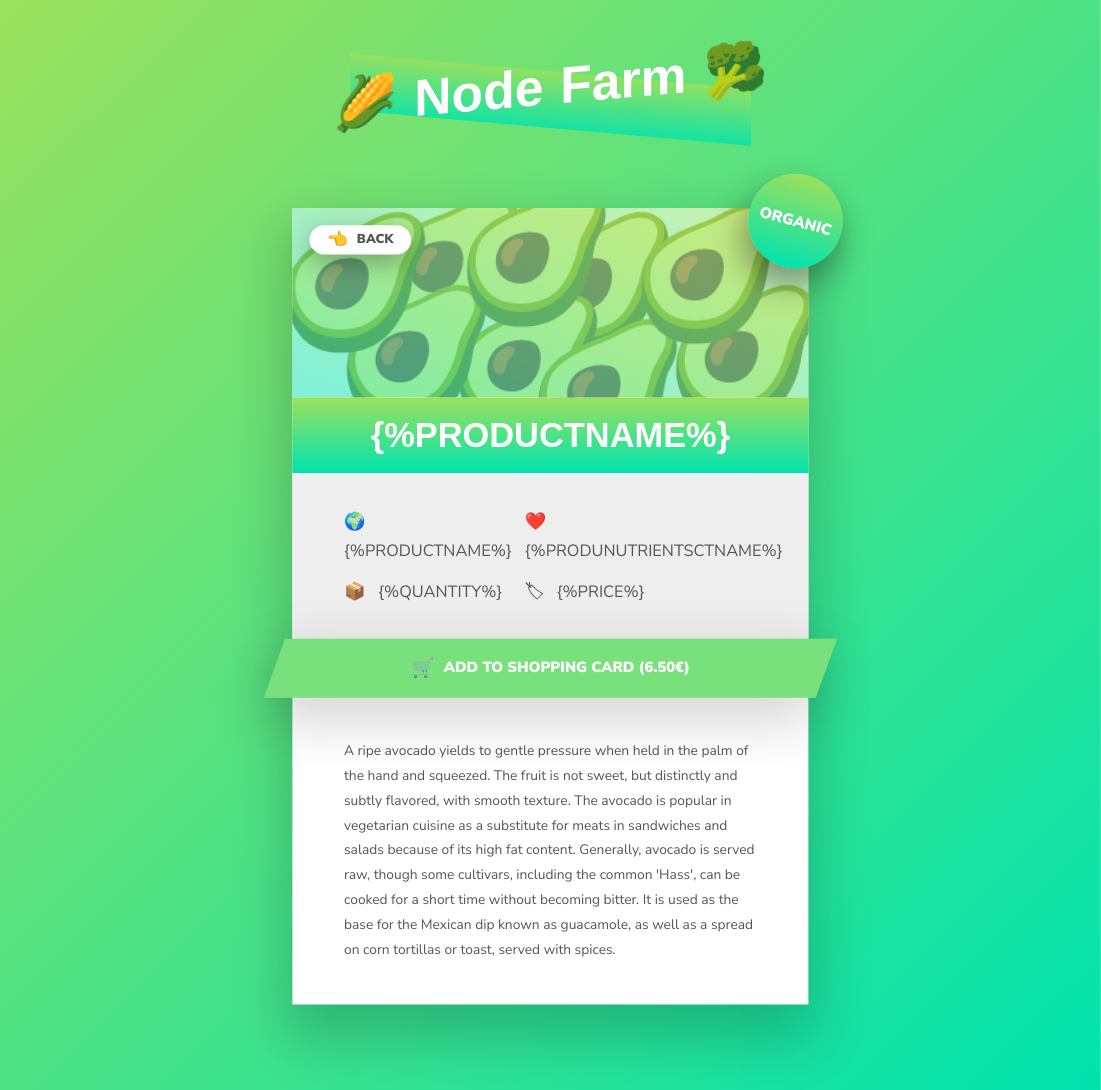
Repository: Kaii-Dev/NODEJS-by-JONAS
Page: 1-node-farm/starter/templates/product.html
These files come from the project's save history. The page is drawn as it stood at one moment and after a run of saves; the edit follows.
The browser window is 1280 px wide. The pictures show the whole page, at 86% of full size.
Some web fonts or font styles are not loaded; a fallback is used.

Above is the page before, as saved 2022-08-03 13:47:46.

After the next 2 saves:
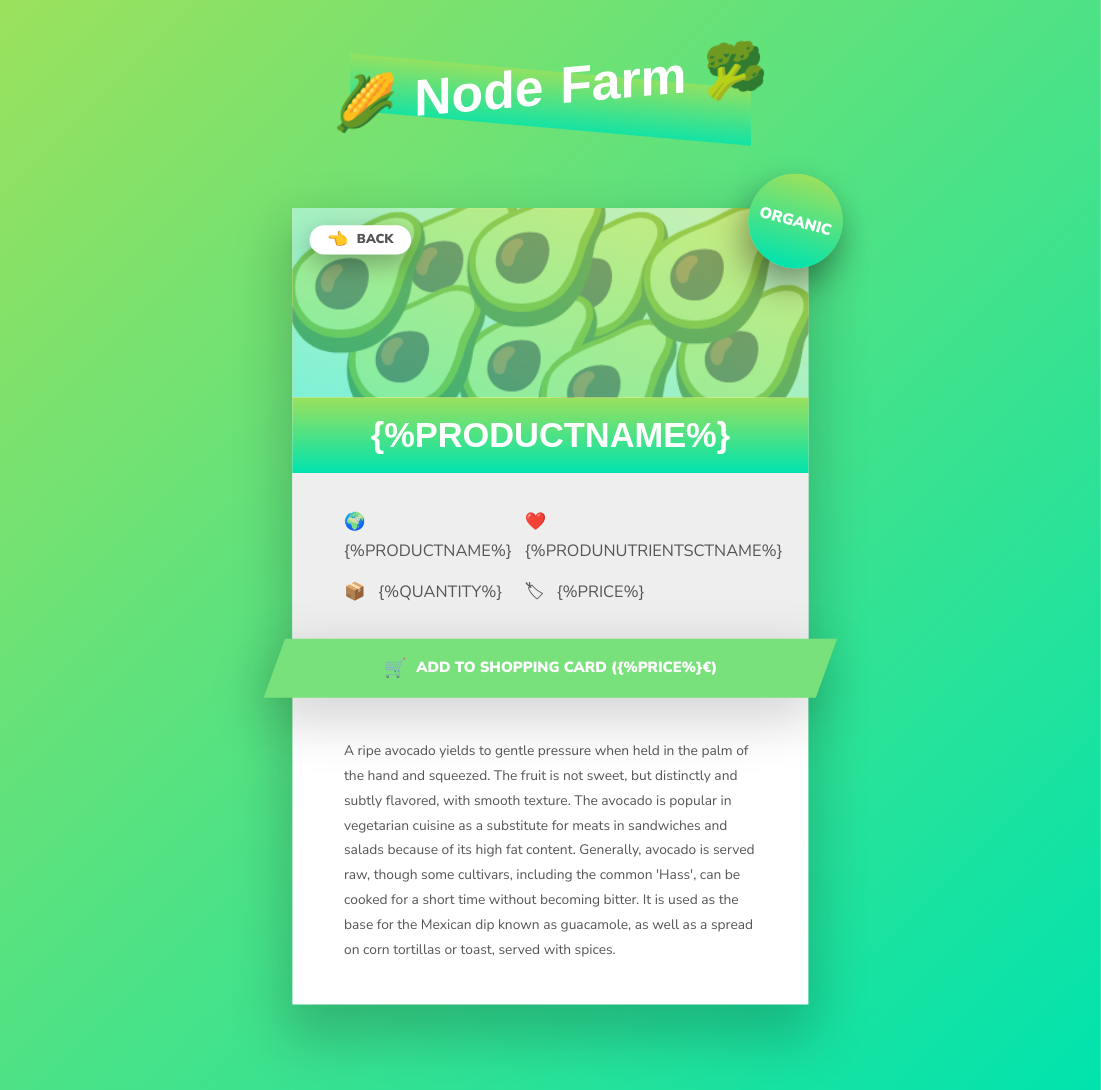
The 2 saves are shown as one change because they came seconds apart.
The last was saved 7 s later.
--- a/1-node-farm/starter/templates/product.html
+++ b/1-node-farm/starter/templates/product.html
@@ -295,7 +295,7 @@
 
         <a href="#" class="product__link">
           <span class="emoji-left">🛒</span>
-          <span>Add to shopping card (6.50€)</span>
+          <span>Add to shopping card ({%PRICE%}€)</span>
         </a>
 
         <p class="product__description">
